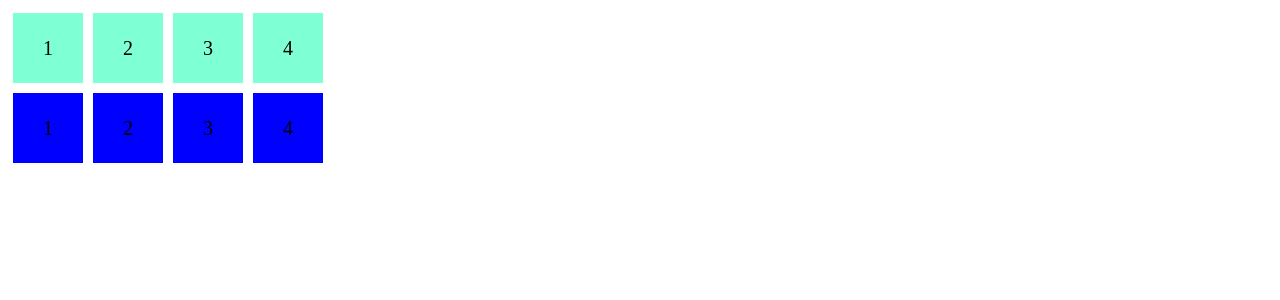
Repository: gabrielbino/projects-dio
Page: flexbox/@flex-direction.html
An editor plug-in stored every save of this project. The page is shown before and after the next save, followed by the edit.
The browser window is 1280 px wide. The pictures show the whole page.

Above is the page before, as saved 2021-10-18 11:24:48.

After the next save:
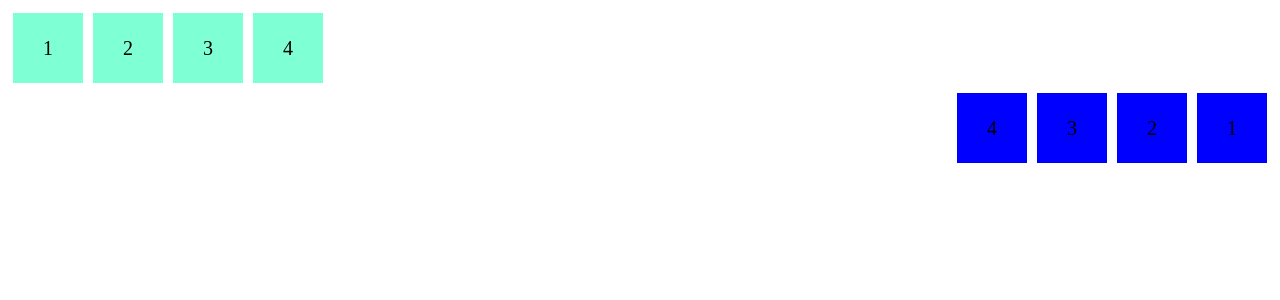
Saved 39 s later.
--- a/flexbox/@flex-direction.html
+++ b/flexbox/@flex-direction.html
@@ -23,6 +23,9 @@
       .row {
         flex-direction: row;
       }
+      .rowReverse {
+        flex-direction: row-reverse;
+      }
       .rowReverse li {
         background-color: blue;
       }
